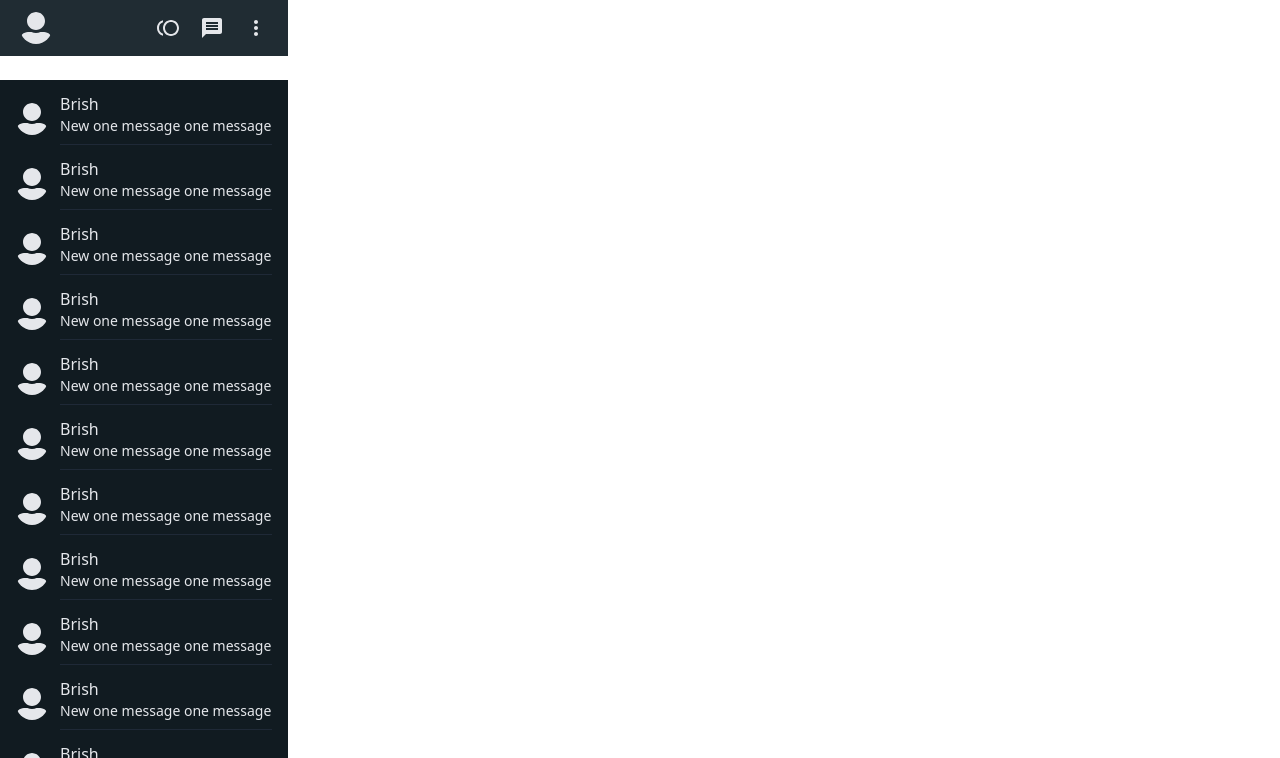
Repository: satya-ranjon/whatsapp-clone-dev
Page: /
An editor plug-in stored every save of this project. The page is shown before and after the next save, followed by the edit.
The browser window is 1280 px wide. The pictures show the whole page.
The project was rebuilt for these pictures with package versions that can differ from the ones it lists, and the page was loaded fresh each time.

Above is the page before, as saved 2022-04-09 06:36:05.

### src/index.js
import * as ReactDOMClient from "react-dom/client";
import { BrowserRouter } from "react-router-dom";
import App from "./App";
import "./index.css";

const root = ReactDOMClient.createRoot(document.getElementById("root"));
root.render(
  <BrowserRouter>
    <App />
  </BrowserRouter>
);

### src/App.js
import SideBar from "./Components/SideBar";

function App() {
  return (
    <div>
      <SideBar />
    </div>
  );
}

export default App;

### src/index.css
@tailwind base;
@tailwind components;
@tailwind utilities;

.hoverEf {
  overflow: hidden;
  right: -100%;
  transition: all 0.4s;
}

.hoverbtn:hover .hoverEf {
  right: -0%;
}

### src/Components/SideBar.jsx
import React from "react";
import { MdToll, MdMoreVert, MdMessage } from "react-icons/md";
import { FaUserAlt } from "react-icons/fa";
import SideBarUseList from "./SideBarUseList";

export default function SideBar() {
  return (
    <div className="w-72">
      <div className="flex justify-between font-semibold text-2xl px-5 py-3 bg-[#202c33] text-gray-200">
        <div>
          <FaUserAlt className="rounded-full w-8 h-8" />
          {/* <img
            className="rounded-full w-8 h-8 "
            src="https://images.pexels.com/photos/220453/pexels-photo-220453.jpeg?cs=srgb&dl=pexels-pixabay-220453.jpg&fm=jpg"
            alt=""
          /> */}
        </div>
        <div className="flex justify-between space-x-5 cursor-pointer my-auto">
          <MdToll />
          <MdMessage />
          <MdMoreVert />
        </div>
      </div>
      <SideBarUseList />
    </div>
  );
}

### src/Components/SideBarUseList.jsx
import React from "react";
import { FaUserAlt } from "react-icons/fa";
import { BsChevronDown } from "react-icons/bs";

const array = [
  1, 1, 1, 1, 1, 1, 1, 1, 1, 1, 1, 1, 1, 1, 1, 1, 1, 1, 1, 1, 1, 1, 1, 1, 1, 1,
  1, 1, 1, 1, 1, 1, 1, 1, 1, 1, 1, 1, 1, 1, 1, 1, 1, 1, 1, 1, 1, 1, 1, 1, 1, 1,
  1, 1, 1, 1, 1, 1, 1, 1, 1, 1, 1, 1, 1, 1, 1, 1, 1,
];

export default function SideBarUseList() {
  return (
    <>
      <div className="">
        <input type="text" />
      </div>
      <div className="bg-[#111b21] overflow-y-scroll scroll-my-1 h-[94.1vh] scrollbar scrollbar-thumb-gray-400 scrollbar-thin text-gray-200 duration-500 transition-all">
        {array.map((i, index) => (
          <div
            key={index}
            className="px-4 py-3 pb-0 flex justify-start hover:bg-[#2a394294] cursor-pointer duration-500 transition-all relative hoverbtn overflow-hidden"
          >
            <div className="my-auto">
              <FaUserAlt className="w-8 h-8 rounded-full" />
            </div>
            <div className="flex flex-col my-auto w-full ml-3 border-b-[1px] border-b-gray-800 pb-2">
              <p>Brish</p>
              <p className="text-sm">New one message one message</p>
            </div>

            <div className=" absolute px-5 bg-[#2a3942a8] bottom-2 text-xl hoverEf">
              <BsChevronDown />
            </div>
          </div>
        ))}
      </div>
    </>
  );
}

### tailwind.config.js
module.exports = {
  content: ["./src/**/*.{js,jsx,ts,tsx}"],
  theme: {
    extend: {},
  },
  plugins: [require("tailwind-scrollbar")],
};

Loaded but not shown: public/index.html (common file)

After the next save:
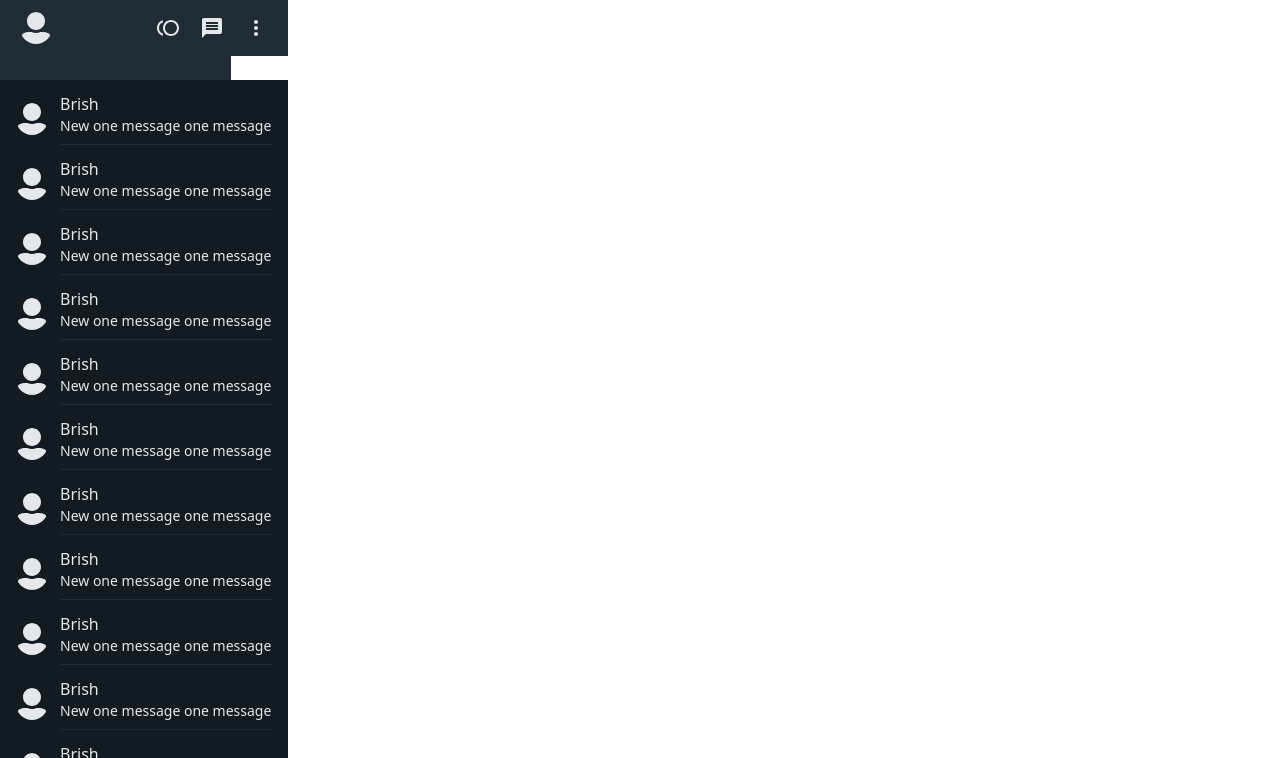
Saved 45 s later.
--- a/src/Components/SideBarUseList.jsx
+++ b/src/Components/SideBarUseList.jsx
@@ -12,7 +12,7 @@ export default function SideBarUseList() {
   return (
     <>
       <div className="">
-        <input type="text" />
+        <input type="text" className="bg-[#202c33]" />
       </div>
       <div className="bg-[#111b21] overflow-y-scroll scroll-my-1 h-[94.1vh] scrollbar scrollbar-thumb-gray-400 scrollbar-thin text-gray-200 duration-500 transition-all">
         {array.map((i, index) => (
